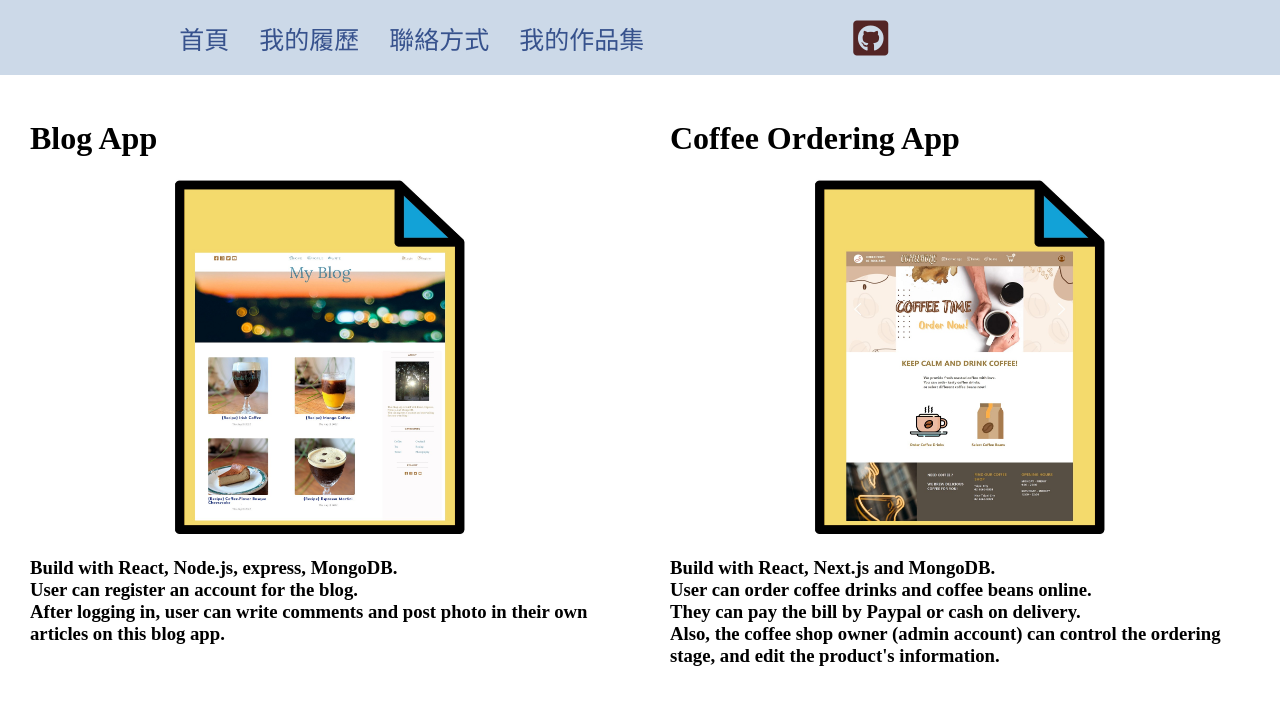
Repository: lcjyc/portfolio-website
Page: /portfolio
An editor plug-in stored every save of this project. The page is shown before and after the next save, followed by the edit.
The browser window is 1280 px wide. The pictures show the whole page.
The project was rebuilt for these pictures with package versions that can differ from the ones it lists, and the page was loaded fresh each time. Also part of the build but not shown: src/pages/home/home.css, src/pages/home/Home.jsx, src/pages/resume/resume.css, src/pages/resume/Resume.jsx, src/pages/contact/contact.css, src/pages/contact/Contact.jsx.

Above is the page before, as saved 2022-08-21 12:08:00.

### public/index.html
<!DOCTYPE html>
<html lang="zh-tw">
  <head>
    <meta charset="utf-8" />
    <meta name="viewport" content="width=device-width, initial-scale=1" />
    <meta name="theme-color" content="#000000" />
    <meta
      name="description"
      content="Web site created using create-react-app"
    />
    <link
      href="https://fonts.googleapis.com/css2?family=Josefin+Sans:wght@100;200;300;400;500;600;700&family=Lora:ital@0;1&family=Varela&family=Varela+Round&display=swap"
      rel="stylesheet"
    />
    <link
      rel="stylesheet"
      href="https://cdnjs.cloudflare.com/ajax/libs/font-awesome/5.15.3/css/all.min.css"
      integrity="sha512-iBBXm8fW90+nuLcSKlbmrPcLa0OT92xO1BIsZ+ywDWZCvqsWgccV3gFoRBv0z+8dLJgyAHIhR35VZc2oM/gI1w=="
      crossorigin="anonymous"
    />
    <style>
      * {
        margin: 0;
      }
    </style>
    <style>
      .link {
        text-decoration: none;
        color: inherit;
      }
    </style>
    <title>Lesley Chen|Portfolio</title>
  </head>

  <body>
    <noscript>You need to enable JavaScript to run this app.</noscript>
    <div id="root"></div>
  </body>
</html>

### src/App.js
import TopBar from "./components/topbar/TopBar";
import Home from "./pages/home/Home";
import Resume from "./pages/resume/Resume";
import Contact from "./pages/contact/Contact";
import Portfolio from "./pages/portfolio/Portfolio";

import { BrowserRouter as Router, Routes, Route } from "react-router-dom";

function App() {
  return (
    <Router>
      <TopBar />
      <Routes>
        <Route path="/" element={<Home />} />
        <Route path="/resume" element={<Resume />} />
        <Route path="/contact" element={<Contact />} />
        <Route path="/portfolio" element={<Portfolio />} />
      </Routes>
    </Router>
  );
}

export default App;

### src/components/topbar/TopBar.jsx
import { Link } from "react-router-dom";
import "./topbar.css";

export default function TopBar() {
  return (
    <div className="top">
      <div className="topLeft">
        <ul className="topList">
          <li className="topListItem">
            <Link className="link" to="/">
              首頁
            </Link>
          </li>
          <li className="topListItem">
            <Link className="link" to="/resume">
              我的履歷
            </Link>
          </li>
          <li className="topListItem">
            <Link className="link" to="/contact">
              聯絡方式
            </Link>
          </li>
          <li className="topListItem">
            <Link className="link" to="/portfolio">
              我的作品集
            </Link>
          </li>
        </ul>
      </div>
      <div className="topRight">
        <a href="https://github.com/lcjyc/">
          <i className="topIcon fab fa-github-square"></i>
        </a>
      </div>
    </div>
  );
}

### src/pages/portfolio/Portfolio.jsx
import "./portfolio.css";
import blog from "../../images/blog.jpg";
import coffeeorder from "../../images/coffeeorder.jpg";

const portfolio = () => {
  return (
    <div className="portfolio">
      <div className="left">
        <a
          href="https://lesleyblog.herokuapp.com/"
          target="_blank"
          rel="noopener noreferrer"
          className="link"
        >
          <h1 className="app">Blog App</h1>
        </a>
        <img src={blog} alt="" className="img" />
        <div className="desc">
          <h3>
            Build with React, Node.js, express, MongoDB.
            <br />
            User can register an account for the blog.
            <br />
            After logging in, user can write comments and post photo in their
            own articles on this blog app.
            <br />
          </h3>
        </div>
      </div>
      <div className="right">
        <a
          href="https://coffee-ordering.vercel.app/"
          target="_blank"
          rel="noopener noreferrer"
          className="link"
        >
          <h1 className="app">Coffee Ordering App</h1>
        </a>
        <img src={coffeeorder} alt="" className="img" />
        <div className="desc">
          <h3>
            Build with React, Next.js and MongoDB.
            <br />
            User can order coffee drinks and coffee beans online.
            <br />
            They can pay the bill by Paypal or cash on delivery.
            <br />
            Also, the coffee shop owner (admin account) can control the ordering
            stage, and edit the product's information.
          </h3>
        </div>
      </div>
    </div>
  );
};

export default portfolio;

### src/components/topbar/topbar.css
.top {
  width: 100%;
  height: 6vh;
  background-color: rgb(154, 179, 210, 0.5);
  position: sticky;
  top: 0;
  padding: 1rem 0rem;
  display: flex;
  align-items: center;
  z-index: 999;
}

.topLeft {
  flex: 6;
  display: flex;
  align-items: center;
  justify-content: center;
}

.topRight {
  flex: 3;
  display: flex;
}

.topIcon {
  font-size: 40px;
  margin-right: 10px;
  color: rgb(83, 37, 37);
  cursor: pointer;
}

.topImg {
  width: 40px;
  height: 40px;
  border-radius: 50%;
  object-fit: cover;
  cursor: pointer;
}

.topList {
  display: flex;
  justify-content: center;
  margin: 0;
  padding: 0;
  list-style: none;
}

.topListItem {
  margin-right: 30px;
  font-size: 25px;
  color: rgb(55, 82, 141);
  cursor: pointer;
}

.topListItem :hover {
  color: white;
}

### src/pages/portfolio/portfolio.css
.portfolio {
  display: flex;
  height: 87vh;
  width: 100%;
  padding-top: 2vh;
}

.left,
.right {
  flex: 1;
  padding: 30px;
  align-items: center;
  justify-content: center;
}

.left > img {
  height: 400px;
  width: 300px;
  display: block;
  margin: auto;
}

.right > img {
  height: 400px;
  width: 300px;
  display: block;
  margin: auto;
}

Loaded but not shown: src/index.js (common file)

After the next save:
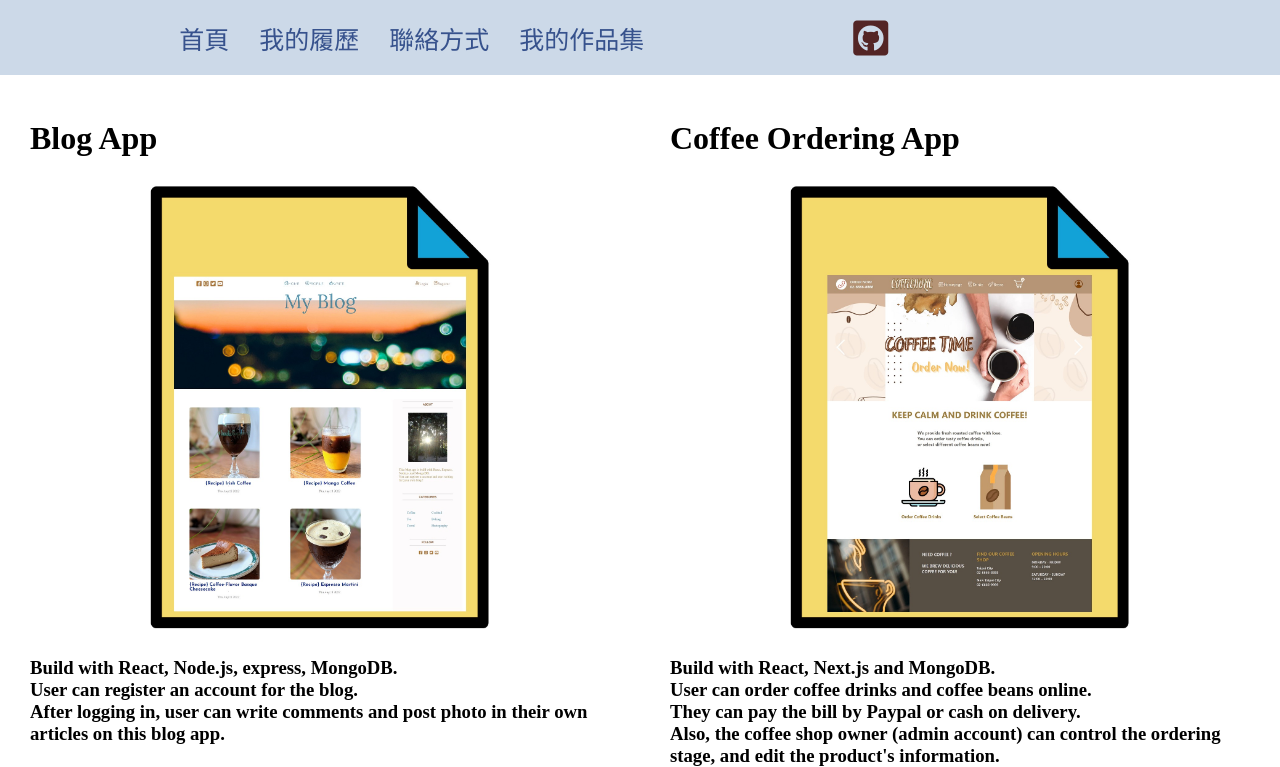
Saved 26 s later.
--- a/src/pages/portfolio/portfolio.css
+++ b/src/pages/portfolio/portfolio.css
@@ -14,15 +14,15 @@
 }
 
 .left > img {
-  height: 400px;
-  width: 300px;
+  height: 500px;
+  width: 350px;
   display: block;
   margin: auto;
 }
 
 .right > img {
-  height: 400px;
-  width: 300px;
+  height: 500px;
+  width: 350px;
   display: block;
   margin: auto;
 }
